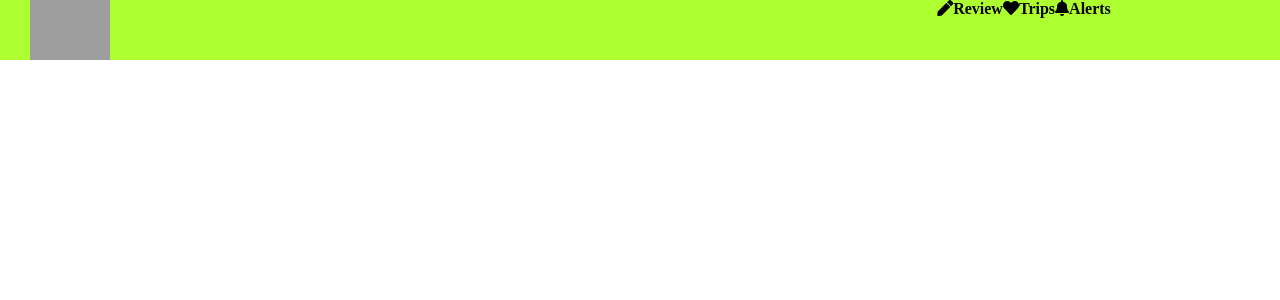
Repository: devix2107/thanhvia8.github.io
Page: Web-tripadvisor/index.html
An editor plug-in stored every save of this project. The page is shown before and after the next save, followed by the edit.
The browser window is 1280 px wide. The pictures show the whole page.
Pictures or frames that could not be fetched are drawn as grey boxes.

Above is the page before, as saved 2021-11-28 10:12:48.

After the next save:
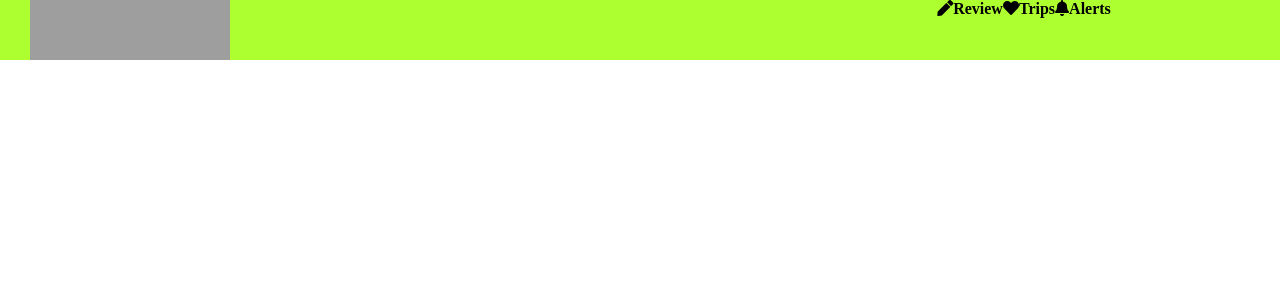
Saved 53 s later.
--- a/Web-tripadvisor/assets/css/main.css
+++ b/Web-tripadvisor/assets/css/main.css
@@ -19,7 +19,7 @@
 }
 
 .header-left img {
-  /* width: 200px; */
+  width: 200px;
   height: 60px;
   display: block;
   margin-left: 30px;
